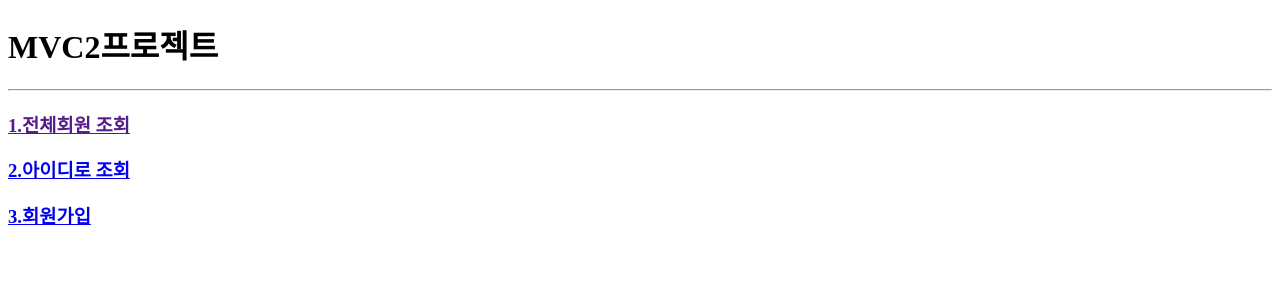
Repository: ParkHyeonju12/servlet
Page: http://localhost/06_mvc2Project/
The author's editor kept a copy of each file at every save. The page is drawn from the files as they stood at one save, then again after the next save.
The browser window is 1280 px wide. The pictures show the whole page.
The page is served by Tomcat 9.

Above is the page before, as saved 2022-08-30 09:20:52.

After the next save:
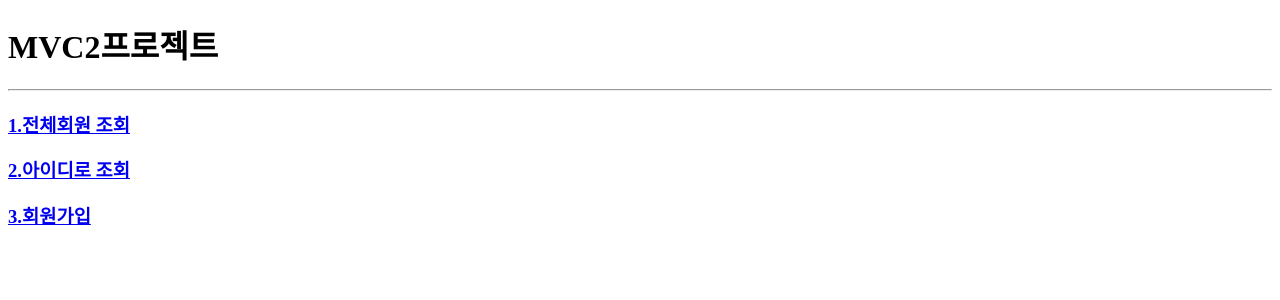
Saved 15 h 14 min later.
--- a/web-workspace/06_mvc2Project/src/main/webapp/index.jsp
+++ b/web-workspace/06_mvc2Project/src/main/webapp/index.jsp
@@ -9,7 +9,7 @@
 <body>
 	<h1>MVC2프로젝트</h1>
 	<hr>
-	<h3><a href="">1.전체회원 조회</a></h3>
+	<h3><a href="/allMember.do">1.전체회원 조회</a></h3>
 	<h3><a href="/jsp/searchFrm.jsp">2.아이디로 조회</a></h3>
 	<h3><a href="/jsp/joinFrm.jsp">3.회원가입</a></h3>
 </body>
